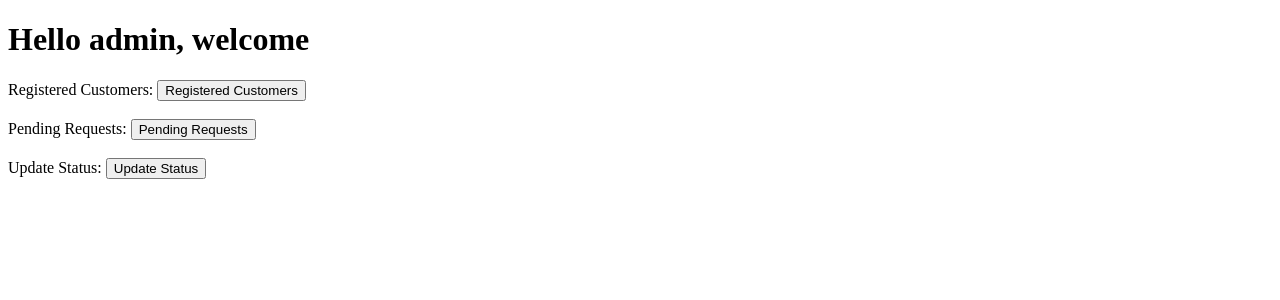
Repository: LingWenXing/java-fundamentals
Page: http://localhost/CarServiceSystem/adminLoginSuccess.jsp
The author's editor kept a copy of each file at every save. The page is drawn from the files as they stood at one save, then again after the next save.
The browser window is 1280 px wide. The pictures show the whole page.
The page is served by Tomcat 9. Other server files are loaded and not shown.

Above is the page before, as saved 2022-04-11 04:03:27.

### CarServiceSystem/src/main/webapp/adminLoginSuccess.jsp
<%@ page language="java" contentType="text/html; charset=ISO-8859-1"
    pageEncoding="ISO-8859-1"%>
<!DOCTYPE html>
<html>
<head>
<meta charset="ISO-8859-1">
<title>Admin Login Success</title>
</head>
<body>
	<h1>Hello admin, welcome</h1>
	<form action = "/CarServiceSystem/RegisteredCustomers">
		Registered Customers: <input type="submit" value="Registered Customers">
	</form>
	<br>
	<form action = "/CarServiceSystem/PendingRequest">
		Pending Requests: <input type="submit" value="Pending Requests">
	</form>
	<br>
	<form action = "/CarServiceSystem/UpdateStatus">
		Update Status: <input type="submit" value="Update Status">
	</form>
</body>
</html>

After the next save:
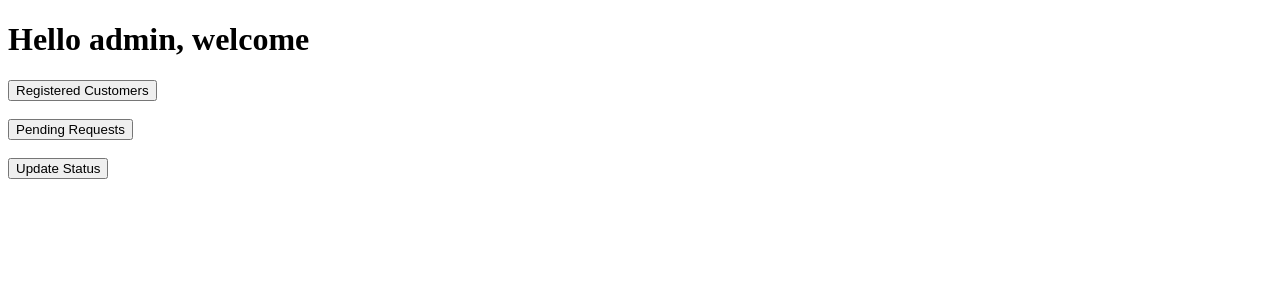
Saved 2 min 34 s later.
--- a/CarServiceSystem/src/main/webapp/adminLoginSuccess.jsp
+++ b/CarServiceSystem/src/main/webapp/adminLoginSuccess.jsp
@@ -9,15 +9,15 @@
 <body>
 	<h1>Hello admin, welcome</h1>
 	<form action = "/CarServiceSystem/RegisteredCustomers">
-		Registered Customers: <input type="submit" value="Registered Customers">
+		<input type="submit" value="Registered Customers">
 	</form>
 	<br>
 	<form action = "/CarServiceSystem/PendingRequest">
-		Pending Requests: <input type="submit" value="Pending Requests">
+		<input type="submit" value="Pending Requests">
 	</form>
 	<br>
 	<form action = "/CarServiceSystem/UpdateStatus">
-		Update Status: <input type="submit" value="Update Status">
+		<input type="submit" value="Update Status">
 	</form>
 </body>
 </html>
